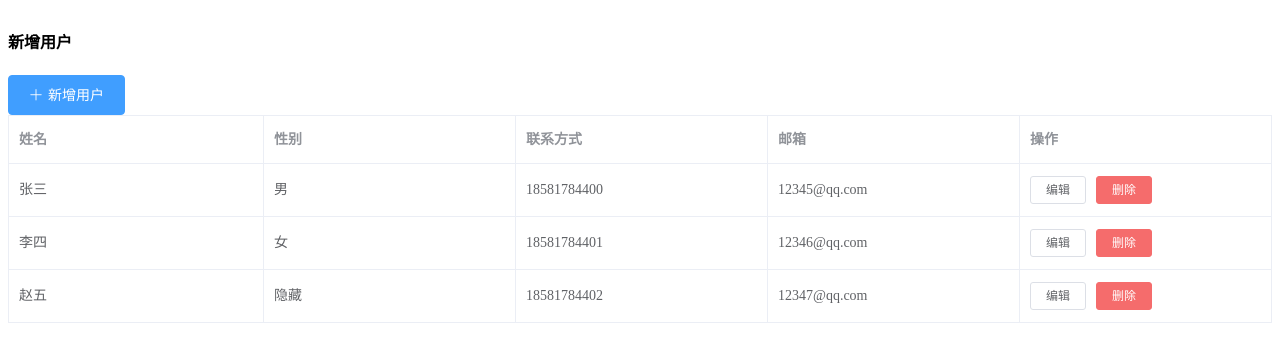
Repository: xinwuhao/New-user
Page: /
These files come from the project's save history. The page is drawn as it stood at one moment and after the next save; the edit follows.
The browser window is 1280 px wide. The pictures show the whole page.
The project was rebuilt for these pictures with package versions that can differ from the ones it lists, and the page was loaded fresh each time.

Above is the page before, as saved 2021-12-21 15:59:38.

After the next save:
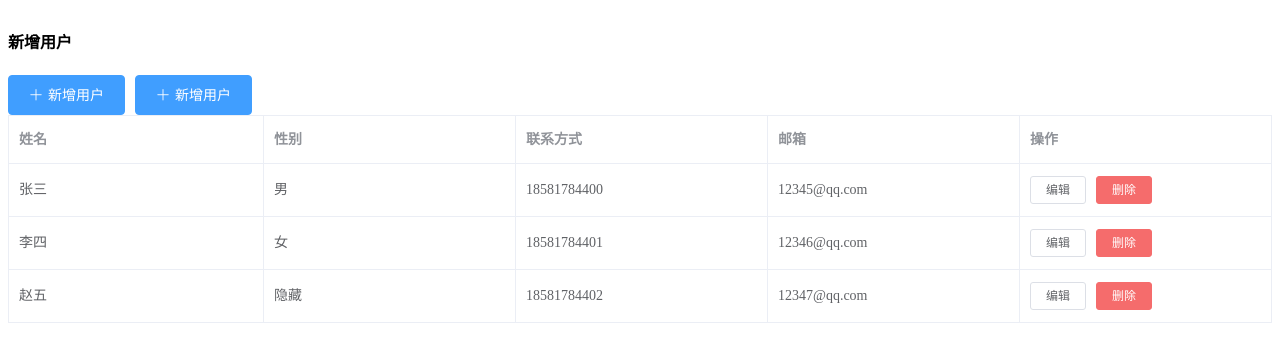
Saved 14 s later.
--- a/src/views/Home.vue
+++ b/src/views/Home.vue
@@ -3,6 +3,12 @@
     <div class="content">
       <h4>新增用户</h4>
       <div>
+        <el-button
+          type="primary"
+          icon="el-icon-plus"
+          @click="dialogVisible = true"
+          >新增用户</el-button
+        >
         <el-button
           type="primary"
           icon="el-icon-plus"
